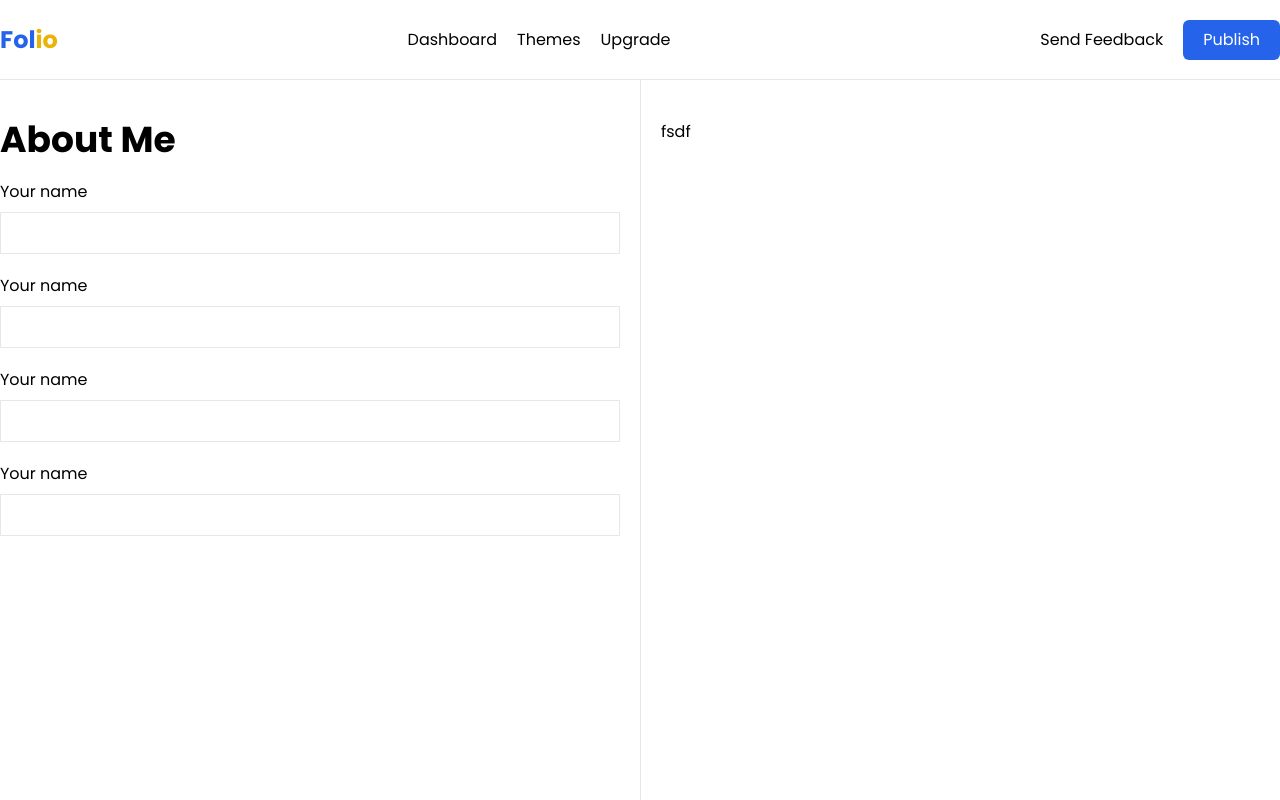
Repository: langford-dev/follio
Page: /
These files come from the project's save history. The page is drawn as it stood at one moment and after the next save; the edit follows.
The browser window is 1280 px wide. The pictures show the whole page.
The project was rebuilt for these pictures with package versions that can differ from the ones it lists, and the page was loaded fresh each time. The framework's server and built-in components were replaced by stand-ins that run in the browser. Also part of the build but not shown: next.config.js, components/pageView.js.

Above is the page before, as saved 2022-03-19 10:53:35.

### pages/_app.js
import { AppProvider } from '../context/context'
import '../styles/globals.css'

function MyApp({ Component, pageProps }) {
  return <AppProvider>
    <Component {...pageProps} />
  </AppProvider>
}

export default MyApp

### pages/index.js
import EditView from '../components/body'
import Header from '../components/header'

export default function Home() {
  return <div>
    <Header />
    <EditView />
  </div>
}

### context/context.js
import { createContext, useEffect } from "react"

export const AppContext = createContext()

export const AppProvider = ({ children }) => {
    return <AppContext.Provider>
        {children}
    </AppContext.Provider>
}

### styles/globals.css
@import url('https://fonts.googleapis.com/css2?family=Poppins:wght@300;400;500;600;700;800&display=swap');

@tailwind base;
@tailwind components;
@tailwind utilities;


html,
body {
  /* background: #f1f1f188; */
  padding: 0;
  margin: 0;
}

a {
  color: inherit;
  text-decoration: none;
}

* {
  box-sizing: border-box;
  font-family: "Poppins", -apple-system, BlinkMacSystemFont, Segoe UI, Roboto, Oxygen,
    Ubuntu, Cantarell, Fira Sans, Droid Sans, Helvetica Neue, sans-serif;
}

### components/body.js
import PageView from "./pageView"

const styles = {
    pageView: `m-auto max-w-screen-xl h-screen pt-20`,
    title: `text-4xl font-bold`,
    flexView: `flex h-screen`,
    editingView: `w-1/2 p-5 pt-10 pl-0`,
    preview: `border-l w-1/2 p-5 pt-10`,
    inputContainer: `flex flex-col mt-5`,
    input: `border p-2 outline-none mt-2`,
    label: ``
}

const EditView = () => {
    return <div className={styles.pageView}>
        <div className={styles.flexView}>
            <div className={styles.editingView}>
                <p className={styles.title}>About Me</p>
                <div className={styles.inputContainer}>
                    <label className={styles.label}>Your name</label>
                    <input type="text" className={styles.input} />
                </div>
                <div className={styles.inputContainer}>
                    <label className={styles.label}>Your name</label>
                    <input type="text" className={styles.input} />
                </div>
                <div className={styles.inputContainer}>
                    <label className={styles.label}>Your name</label>
                    <input type="text" className={styles.input} />
                </div>
                <div className={styles.inputContainer}>
                    <label className={styles.label}>Your name</label>
                    <input type="text" className={styles.input} />
                </div>
            </div>
            <div className={styles.preview}>fsdf</div>
        </div>
    </div>
}

export default EditView

### components/header.js
import Link from "next/link"
import Logo from "./logo"

const styles = {
    header: `border-b h-20 bg-white fixed w-screen top-0 left-0`,
    headerWrapper: `m-auto max-w-screen-xl h-full flex items-center justify-between`,
    button: `bg bg-blue-600 text-white h-10 px-5 flex items-center justify-center rounded-md cursor-pointer`,
    nav: `flex`,
    navLink: `mr-5 hover:text-blue-600 cursor-pointer`,
}

const Header = () => {
    return <header className={styles.header}>
        <div className={styles.headerWrapper}>
            <Logo />
            <nav className={styles.nav}>
                <Link passHref={true} href="/"><p className={styles.navLink}>Dashboard</p></Link>
                <Link passHref={true} href="/"><p className={styles.navLink}>Themes</p></Link>
                <Link passHref={true} href="/"><p className={styles.navLink}>Upgrade</p></Link>
            </nav>
            <div className="flex items-center">
                <p className="mr-5">Send Feedback</p>
                <div className={styles.button}>Publish</div>
            </div>
        </div>
    </header>
}

export default Header

### components/logo.js
const Logo = () => {
    return <p className="font-bold text-2xl text-blue-600">Fol<span className="text-yellow-500">io</span></p>
}

export default Logo

Loaded but not shown: tailwind.config.js (common file)

After the next save:
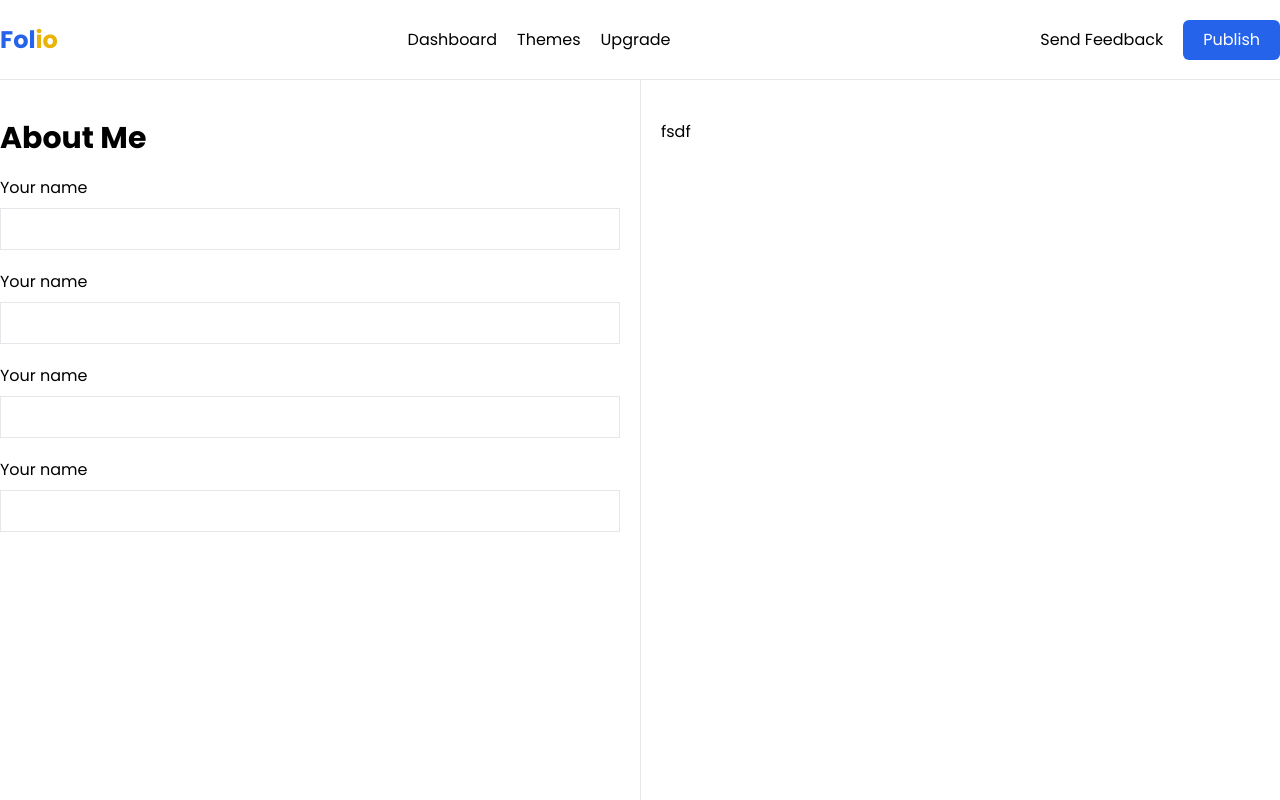
Saved 38 s later.
--- a/components/body.js
+++ b/components/body.js
@@ -2,7 +2,7 @@ import PageView from "./pageView"
 
 const styles = {
     pageView: `m-auto max-w-screen-xl h-screen pt-20`,
-    title: `text-4xl font-bold`,
+    title: `text-3xl font-bold`,
     flexView: `flex h-screen`,
     editingView: `w-1/2 p-5 pt-10 pl-0`,
     preview: `border-l w-1/2 p-5 pt-10`,
